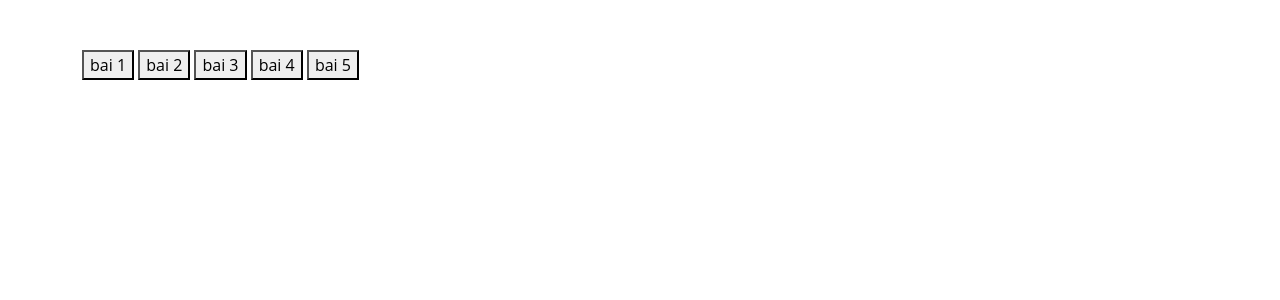
Repository: thanhp6868/ltWeb
Page: 1110/2/full.html
An editor plug-in stored every save of this project. The page is shown before and after the next save, followed by the edit.
The browser window is 1280 px wide. The pictures show the whole page.

Above is the page before, as saved 2023-10-11 16:06:43.

### 1110/2/full.html
<!DOCTYPE html>
<html lang="en">

<head>
    <meta charset="UTF-8">
    <link href="https://cdn.jsdelivr.net/npm/bootstrap@5.2.3/dist/css/bootstrap.min.css" rel="stylesheet"
        integrity="sha384-rbsA2VBKQhggwzxH7pPCaAqO46MgnOM80zW1RWuH61DGLwZJEdK2Kadq2F9CUG65" crossorigin="anonymous">
    <meta name="viewport" content="width=device-width, initial-scale=1.0">
    <link rel="stylesheet" type="text/css" href="style.css">
    <script type="text/javascript" src="../2/js/baitap.js"></script>
    <title>5 bai</title>
</head>

<body>
  <div class="container" style="padding-top: 50px;">
    <button onclick="bai1()">bai 1</button>
    <button onclick="bai2()">bai 2</button>
    <button onclick="bai3()">bai 3</button>
    <button onclick="bai4()">bai 4</button>
    <button onclick="bai5()">bai 5</button>
  </div>
    <div class="row">

        <!-- <header id="header">
            <div class="">

                <nav id="navbar" class="navbar">
                    <ul>
                        <li><a class="nav-link scrollto active" href="#bai1" onclick="bai1()">Bai 1</a></li>
                        <li><a class="nav-link scrollto" href="#bai2">Bai 2</a></li>
                        <li><a class="nav-link scrollto" href="#bai3">Bai 3</a></li>
                        <li><a class="nav-link scrollto" href="#bai4">Bai 4</a></li>
                        <li><a class="nav-link scrollto" href="#bai5">Bai 5</a></li>

                    </ul>
                </nav>

            </div> -->


</body>

</html>

### 1110/2/style.css
body {
    font-family: "Open Sans", sans-serif;
    background: #ffff;
    color: black;
  }

  h1 {
    text-align: center;
    color: red;
    font-size: 70px;
}
h2 {
  text-align: center;
  color: black;
  font-size: 30px;
}
  a {
    color: black;
    text-decoration: none;
  }

  a:hover {
    color: black;
    text-decoration: none;
  }

  .navbar {
      margin: 0;
  }
  .navbar ul {
    margin: 0;
    padding: 0;
    display: flex;
    list-style: none;
    align-items: center;
  }

  .navbar li {
    position: relative;
  }

  .navbar a,
  .navbar a:focus {
    display: flex;
    align-items: center;
    padding: 10px 0 10px 30px;
    color: black;
    font-size: 20px;
  }


  .navbar a:hover,
  .navbar .active,
  .navbar .active:focus,
  .navbar li:hover>a {
    color: black;
  }

  .navbar .product ul {
    display: block;
    position: absolute;
    left: 14px;
    margin: 0;
    padding: 10px 0;
    z-index: 99;
    visibility: hidden;
    background: #fff;
    box-shadow: 0px 0px 30px rgba(127, 137, 161, 0.25);
    border-radius: 4px;
  }

  .navbar .product ul li {
    min-width: 200px;
  }

  .navbar .product ul a {
    padding: 10px 20px;
    color: #444444;
  }

  .navbar .product ul a i {
    font-size: 12px;
  }

  .navbar .product ul a:hover,
  .navbar .product ul .active:hover,
  .navbar .product ul li:hover>a {
    color: #cda45e;
  }

  .navbar .product:hover>ul {
    opacity: 1;
    top: 100%;
    visibility: visible;
  }

### 1110/2/js/baitap.js
function bai1() {
    var x = prompt("Please enter the first number: ", "");
    var y = prompt("Please enter the second number: ", "");
    if (x % y == 0)
        alert("Chia het");
    else alert("Khong chia het");
}

function bai2() {
    var a = prompt("Please enter the first number: ", "");
    var b = prompt("Please enter the second number: ", "");
    var c = prompt("Please enter the first number: ", "");
    var max = a;
    if (max < b) {
        max = b;
    }
    if (max < c) {
        max = c;
    }
    alert("so lon nhat: " + max);
}
function bai3() {
    var a = prompt("Please enter year: ", "");

    if (a % 4 == 0 && a % 100 == 0 && a % 400 != 0)
        alert(" ko la nam nhuan");
    else alert(" la nam nhuan");
}
function bai4() {
    var a = prompt("Please enter your point: ")
    if (a > 10 || a < 0)
        alert("Diem nhap vao khong hop le");
    else {
        if (a >= 9 && a <= 10)
            alert("gioi");
        else if (a >= 7 && a < 9)
            alert("kha");
        else if (a >= 5 && a < 7)
            alert("trung binh");
        else if (a >= 0 && a < 5)
            alert("yeu");
    }
}
function bai5() {
    var a = prompt("Please enter your point: ")

    switch (a) {
        case "0":
            alert("yeu");
            break;
        case "1":
            alert("yeu");break;
        case "2":
            alert("yeu");
            break;
        case "3":
            alert("yeu");
            break;
        case "4":
            alert("yeu");
            break;
        case "5":
            alert("trung binh");
            break;
        case "6":
            alert("trung binh");
            break;
        case "7":
            alert("kha");
            break;
        case "8":
            alert("kha");
            break;
        case "9":
            alert("gioi");
            break;
        case "10":
            alert("gioi");
            break;
        default:
            alert("Diem nhap vao khong hop le");
            break;
    }

}

After the next save:
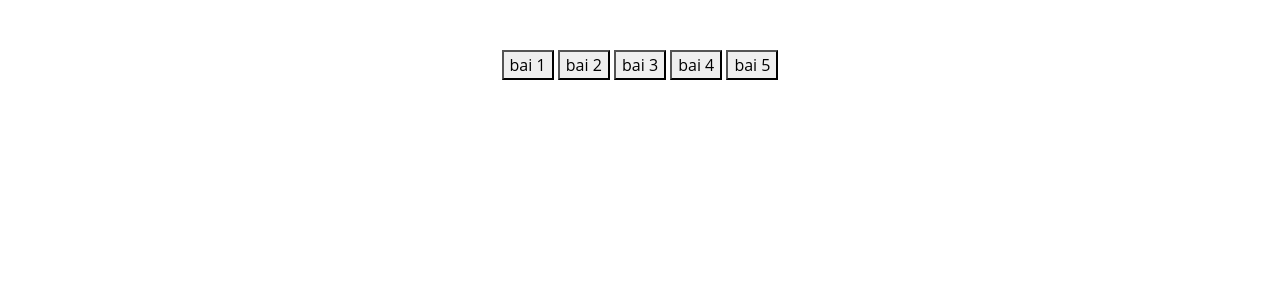
Saved 99 s later.
--- a/1110/2/full.html
+++ b/1110/2/full.html
@@ -12,13 +12,15 @@
 </head>
 
 <body>
-  <div class="container" style="padding-top: 50px;">
-    <button onclick="bai1()">bai 1</button>
-    <button onclick="bai2()">bai 2</button>
-    <button onclick="bai3()">bai 3</button>
-    <button onclick="bai4()">bai 4</button>
-    <button onclick="bai5()">bai 5</button>
-  </div>
+ <center>
+    <div class="container" style="padding-top: 50px;">
+        <button onclick="bai1()">bai 1</button>
+        <button onclick="bai2()">bai 2</button>
+        <button onclick="bai3()">bai 3</button>
+        <button onclick="bai4()">bai 4</button>
+        <button onclick="bai5()">bai 5</button>
+      </div>
+ </center>
     <div class="row">
 
         <!-- <header id="header">
